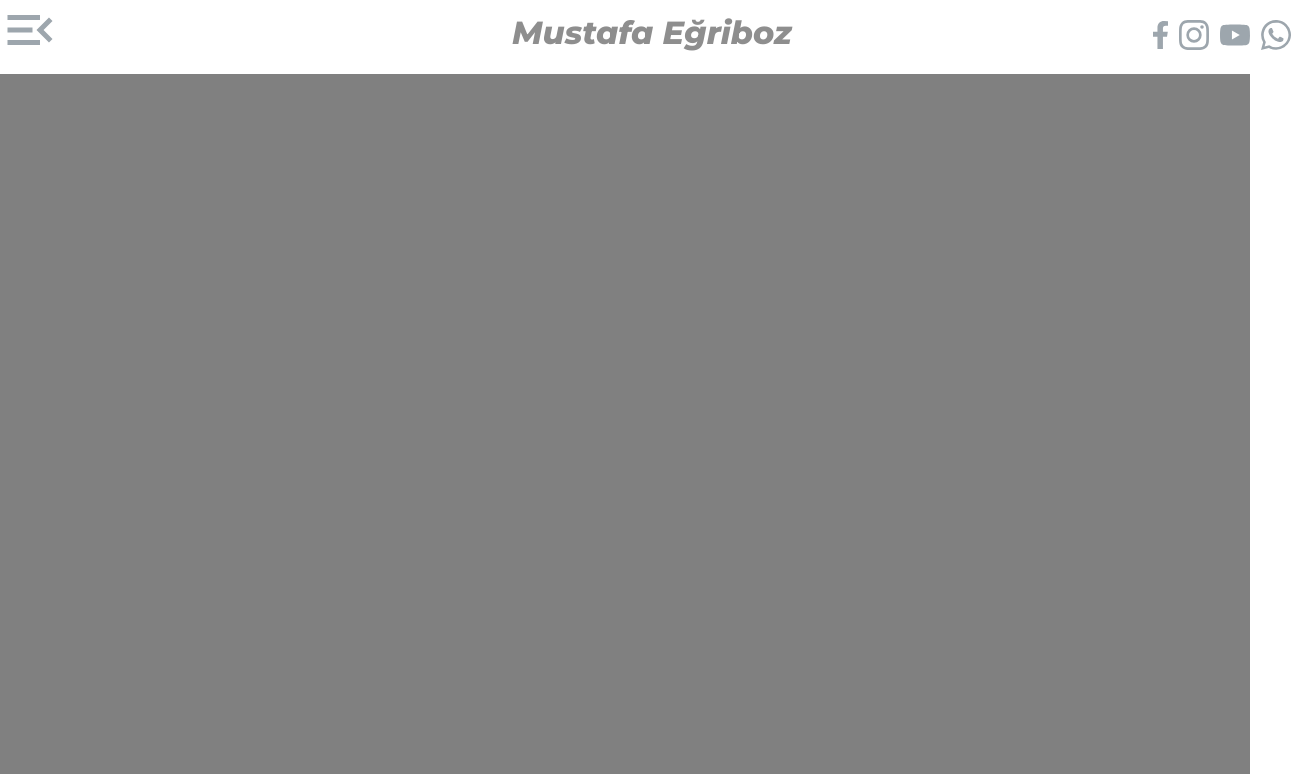
Repository: CengoCengo/m.e-gallery-web-site
Page: index.html
The author's editor kept a copy of each file at every save. The page is drawn from the files as they stood at one save, then again after the next save.
The browser window is 1280 px wide. The page is 1291 px wide, then 1280 px, then 1291 px, so the pictures cover 1291 px, including what lies to the right of the window. The pictures show the whole page.

Above is the page before, as saved 2021-02-06 15:24:46.
Console error: TypeError: Cannot read properties of null (reading 'style')

### index.html
<!DOCTYPE html>
<html lang="en">
  <head>
    <meta charset="UTF-8" />
    <meta name="viewport" content="width=device-width, initial-scale=1.0" />
    <link rel="stylesheet" href="styles/style.css" />
    <link rel="preconnect" href="https://fonts.gstatic.com" />
    <link
      href="https://fonts.googleapis.com/css2?family=Montserrat:ital,wght@1,800&display=swap"
      rel="stylesheet"
    />

    <title>Mustafa Eğriboz</title>
  </head>
  <body>
    <!-- Navigator -->
    <div class="menu-container">
      <img
        id="icon-menu"
        src="images/icon/menu_open-black-18dp.svg"
        alt="icon-menu"

      />
      <h1 class="name">Mustafa Eğriboz</h1>

      <div class="social-media-container icon-social">
        <a class="icon-social" href=""
          ><img alt="Qries" src="images/icon/facebook-f-brands.svg" width=15"
          height="70"></a
        >

        <a class="icon-social" href=""
          ><img alt="Qries" src="images/icon/instagram-brands.svg" width=30"
          height="70"></a
        >

        <a class="icon-social"  href=""
          ><img alt="Qries" src="images/icon/youtube-brands.svg" width=30"
          height="70"></a
        >

        <a class="icon-social" href=""
          ><img alt="Qries" src="images/icon/whatsapp-brands.svg" width=30"
          height="70"></a
        >
      </div>
    </div>

    <!-- Slider -->

    <div class="slider-container">
      <div class="slider"></div>
    </div>

    <script type="text/javascript" src="js/script.js"></script>
  </body>
</html>

### styles/style.css
*{
    margin: 0;
    padding: 0;
    font-family:  'Montserrat', sans-serif;
    font-weight:100;



}

.main-container{
    width: 100%;
}

.menu-container{
    display: inline-block;
    position: relative;
    width: 100%;




}

#icon-menu{
    display: inline-block;
    width: 60px;
    height: auto;
    margin-bottom: 10px;



}

.name{
    display: inline-block;
    font-weight: 100;
    position: absolute;
    margin-top: 1%;
    left: 40%;
    color:#8e8e8e;

}

.social-media-container{
    display: inline;
    position: relative;
    width: 100%;
    left: 84%;



}

.icon-social{
    margin-left: 0.5%;
}




.slider{
    background-color: grey;
    width: 1250px;
    height: 700px;

}

### js/script.js
var x = document.querySelector("p");
x.style.backgroundColor = "red";

After the next save:
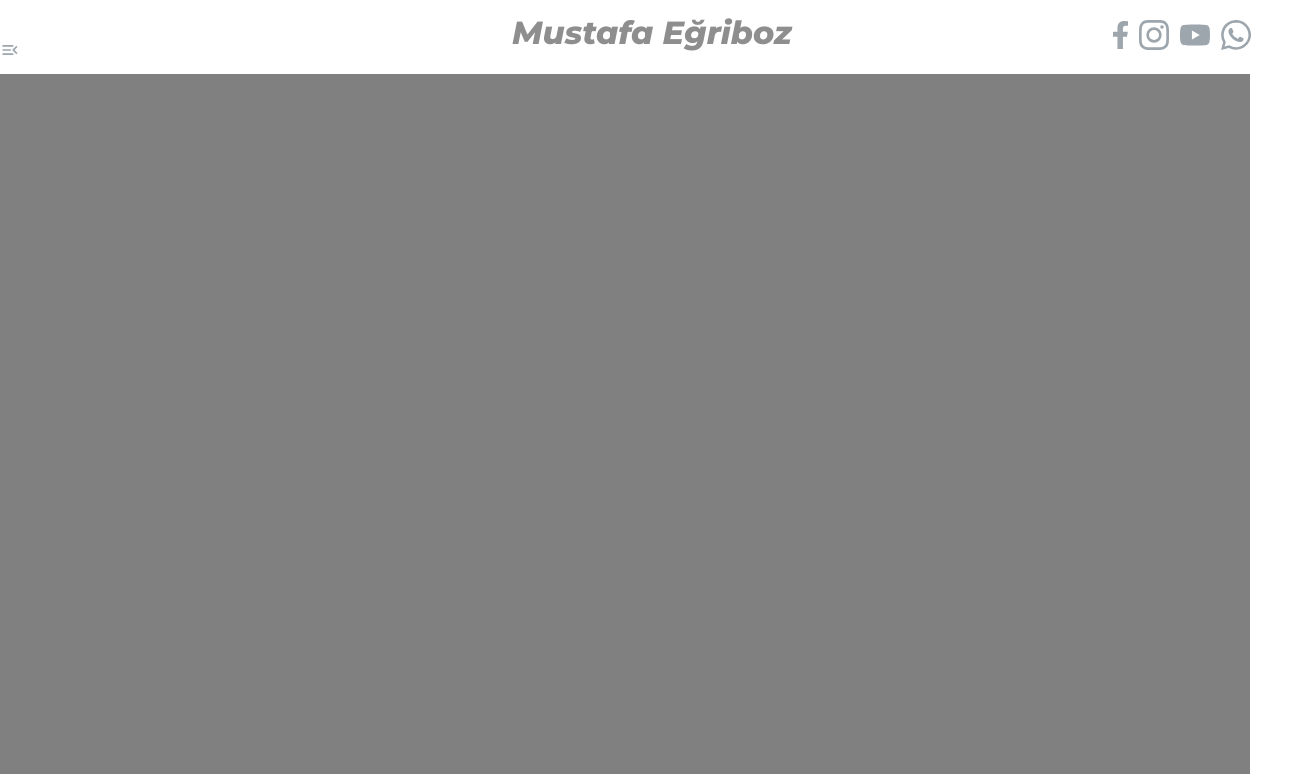
Saved 22 s later.
--- a/styles/style.css
+++ b/styles/style.css
@@ -17,14 +17,11 @@
     position: relative;
     width: 100%;
 
-
-
-
 }
 
 #icon-menu{
     display: inline-block;
-    width: 60px;
+    width: 20px;
     height: auto;
     margin-bottom: 10px;
 

After the save that followed:
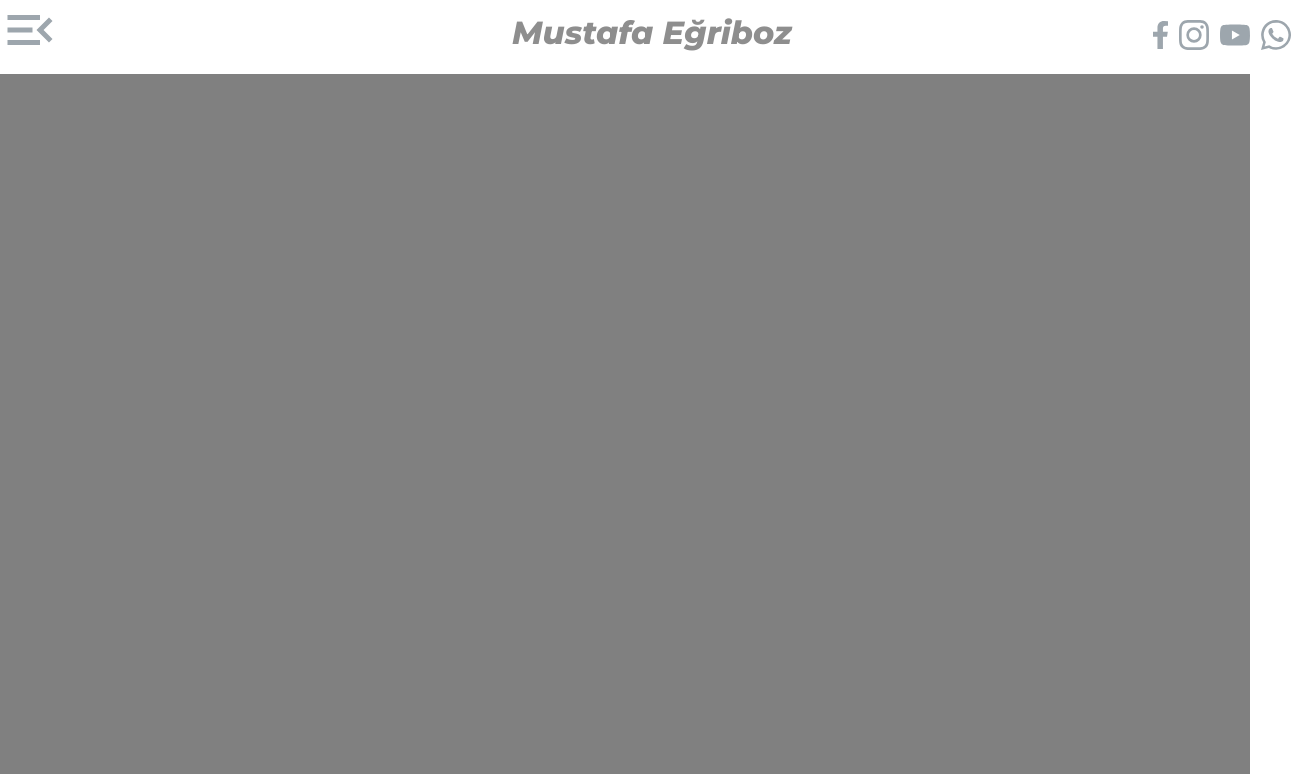
Saved 6 s later.
--- a/styles/style.css
+++ b/styles/style.css
@@ -21,7 +21,7 @@
 
 #icon-menu{
     display: inline-block;
-    width: 20px;
+    width: 60px;
     height: auto;
     margin-bottom: 10px;
 
